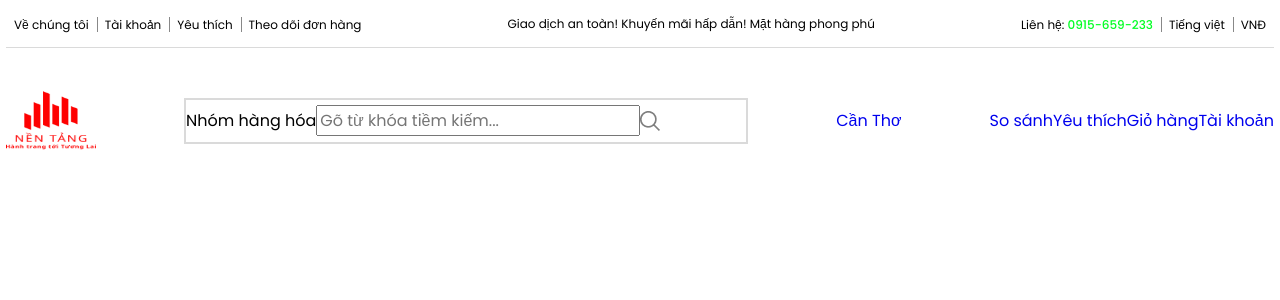
Repository: DucNghia2004/project_pro_01
Page: index.html
These files come from the project's save history. The page is drawn as it stood at one moment and after the next save; the edit follows.
The browser window is 1280 px wide. The pictures show the whole page.

Above is the page before, as saved 2024-05-30 21:25:32.

### index.html
<!DOCTYPE html>
<html lang="en">
    <head>
        <meta charset="UTF-8" />
        <meta name="viewport" content="width=device-width, initial-scale=1.0" />
        <title>Document</title>
        <!-- Reset CSS -->
        <link rel="stylesheet" href="./assets/css/resets.css" />

        <!-- Embed font -->
        <link rel="preconnect" href="https://fonts.googleapis.com" />
        <link rel="preconnect" href="https://fonts.gstatic.com" crossorigin />
        <link
            href="https://fonts.googleapis.com/css2?family=Poppins:ital,wght@0,100;0,200;0,300;0,400;0,500;0,600;0,700;0,800;0,900;1,100;1,200;1,300;1,400;1,500;1,600;1,700;1,800;1,900&display=swap"
            rel="stylesheet"
        />

        <!-- Styles CSS -->
        <link rel="stylesheet" href="./assets/css/styles.css" />
    </head>
    <body>
        <!-- Info_header -->
        <div class="info">
            <div class="container">
                <div class="info-info">
                    <div class="info-header">
                        <ul class="info__list">
                            <li class="info__item">
                                <a href="#!" class="info__link">Về chúng tôi</a>
                            </li>
                            <li class="info__item">
                                <a href="#!" class="info__link">Tài khoản</a>
                            </li>
                            <li class="info__item">
                                <a href="#!" class="info__link">Yêu thích</a>
                            </li>
                            <li class="info__item">
                                <a href="#!" class="info__link"
                                    >Theo dõi đơn hàng</a
                                >
                            </li>
                        </ul>
                    </div>
                    <div class="info-product">
                        <p class="indo-product__desc">
                            Giao dịch an toàn! Khuyến mãi hấp dẫn! Mặt hàng
                            phong phú
                        </p>
                    </div>
                    <div class="info-contact">
                        <ul class="info-contact__list">
                            <li class="info-contact__item">
                                <a href="#!" class="info-contact__link">
                                    Liên hệ:
                                    <strong class="info__tell"
                                        >0915-659-233</strong
                                    >
                                </a>
                            </li>
                            <li class="info-contact__item">
                                <a href="#!" class="info-contact__link"
                                    >Tiếng việt</a
                                >
                            </li>
                            <li class="info-contact__item">
                                <a href="#!" class="info-contact__link">VNĐ</a>
                            </li>
                        </ul>
                    </div>
                </div>
            </div>
        </div>

        <!-- Info_middle -->
        <div class="info-middle">
            <div class="container">
                <div class="info__inner">
                    <img
                        src="./shop_organic/shop_organic/theme/logo.jpg"
                        alt=""
                        class="info__logo"
                    />
                    <form action="" class="search-form">
                        <p class="search-form__desc">Nhóm hàng hóa</p>
                        <input
                            type="search"
                            name=""
                            id=""
                            class="search-form__input"
                            placeholder="Gõ từ khóa tiềm kiếm..."
                        />

                        <img
                            src="./shop_organic/shop_organic/theme/icons/search.png"
                            alt=""
                            class="search-from__icon"
                        />
                    </form>
                    <div class="info-cta__wrap">
                        <a href="#!" class="info__btn">Cần Thơ</a>
                    </div>
                    <div class="info-consumers">
                        <ul class="info-consumer__list">
                            <li class="info-consumer__litem">
                                <a href="#!" class="info-consumer__link">
                                    So sánh
                                </a>
                            </li>
                            <li class="info-consumer__litem">
                                <a href="#!" class="info-consumer__link">
                                    Yêu thích
                                </a>
                            </li>
                            <li class="info-consumer__litem">
                                <a href="#!" class="info-consumer__link">
                                    Giỏ hàng
                                </a>
                            </li>
                            <li class="info-consumer__litem">
                                <a href="#!" class="info-consumer__link">
                                    Tài khoản
                                </a>
                            </li>
                        </ul>
                    </div>
                </div>
            </div>
        </div>
    </body>
</html>

### assets/css/styles.css
* {
    box-sizing: border-box;
}

html {
    font-size: 62.5%;
}

body {
    font-size: 1.6rem;
    font-family: "Poppins", sans-serif;
}

input,
textarea,
select,
button {
    font-size: inherit;
    font-family: inherit;
}

.container {
    width: 100%;
    max-width: calc(100% - 12px);
    margin: 0 auto;
}

/* Comon */
a {
    text-decoration: none;
}

/* Info-header */
.info-info {
    position: relative;
}

.info-info::after {
    content: "";
    position: absolute;
    display: inline-block;
    left: 0;
    bottom: 0;
    width: 100%;
    height: 1px;
    background-color: rgba(0, 0, 0, 0.144);
}

.info-info {
    display: flex;
    align-items: center;
    justify-content: space-between;
    padding: 16px 0;
}

.info__list {
    display: flex;
}

.info__link {
    position: relative;
    padding: 4px 8px;
    color: black;
    font-size: 1.2rem;
}

.info__link:hover {
    text-shadow: 1px 0 0 black;
    color: black;
}

.info__link::before {
    position: absolute;
    content: "";
    display: inline-block;
    height: 15px;
    width: 1px;
    top: 5px;
    left: 0;
    background-color: rgba(0, 0, 0, 0.467);
}

.indo-product__desc {
    font-size: 1.2rem;
    color: black;
}

.info-contact__list {
    display: flex;
}

.info-contact__link {
    position: relative;
    padding: 4px 8px;
    color: black;
    font-size: 1.2rem;
}

.info-contact__link::before {
    position: absolute;
    content: "";
    display: inline-block;
    height: 15px;
    width: 1px;
    top: 5px;
    left: 0;
    background-color: rgba(0, 0, 0, 0.467);
}

.info-contact__list
    .info-contact__item:first-child
    .info-contact__link::before {
    display: none;
}

.info__list .info__item:first-child .info__link::before {
    display: none;
}

.info__tell {
    color: rgb(0, 255, 34);
    font-weight: 500;
}

/* Info middle */
.info-middle {
    padding: 40px 0;
}

.info__inner {
    display: flex;
    align-items: center;
    justify-content: space-between;
}

.info__logo {
    width: 90px;
    height: 65px;
}

.search-form {
    display: flex;
    align-items: center;
    width: 564px;
    height: 46px;
    border: 2px solid rgba(0, 0, 0, 0.144);
}

.info-consumer__list {
    display: flex;
}

Loaded but not shown: assets/css/resets.css (common file)

After the next save:
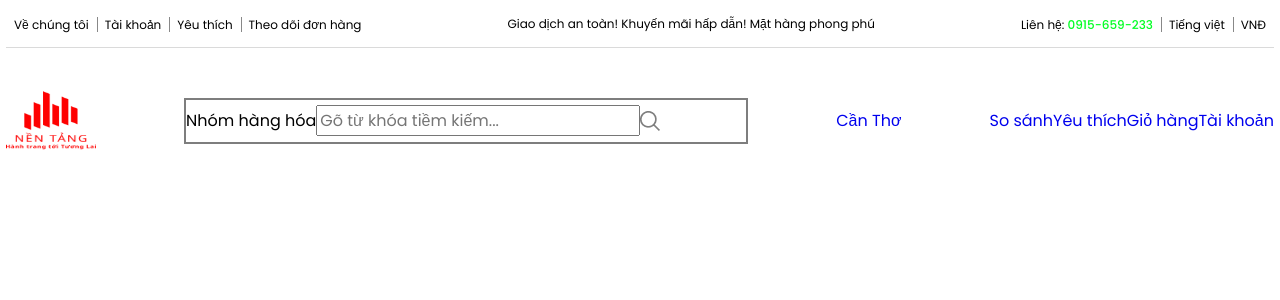
Saved 15 s later.
--- a/assets/css/styles.css
+++ b/assets/css/styles.css
@@ -143,7 +143,7 @@ a {
     align-items: center;
     width: 564px;
     height: 46px;
-    border: 2px solid rgba(0, 0, 0, 0.144);
+    border: 2px solid rgba(0, 0, 0, 0.507);
 }
 
 .info-consumer__list {
